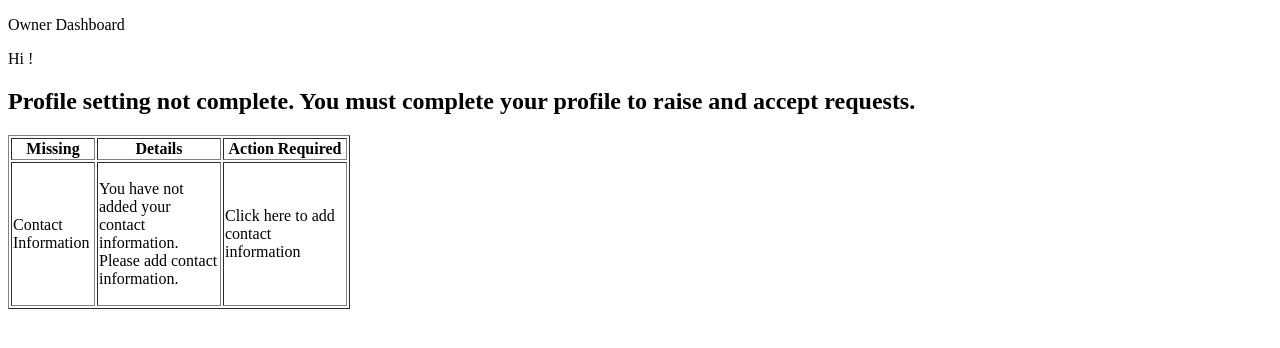
Repository: vasuanne/PetDiaries
Page: http://localhost/SpringMVC/WEB-INF/views/ownerDashboard.jsp
An editor plug-in stored every save of this project. The page is shown before and after the next save, followed by the edit.
The browser window is 1280 px wide. The pictures show the whole page.
The page is served by Tomcat 9. Nobody is signed in. The template is opened directly, without the code that normally fills it, so the values that code supplies are empty.

Above is the page before, as saved 2017-04-27 23:17:57.

After the next save:
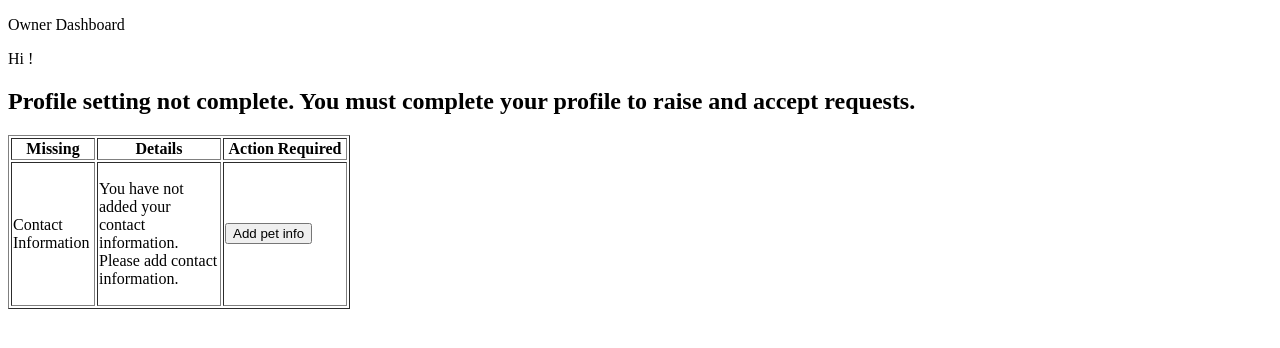
Saved 16 s later.
--- a/oopsWorkspace/SpringMVC/src/main/webapp/WEB-INF/views/ownerDashboard.jsp
+++ b/oopsWorkspace/SpringMVC/src/main/webapp/WEB-INF/views/ownerDashboard.jsp
@@ -42,7 +42,10 @@
 	<tr>
 		<td><p>Contact Information</p></td>
 		<td><p>You have not added your contact information. Please add contact information.</p></td>
-		<td><p>Click here to add contact information</p></td>
+
+       	<td><form:form method = "GET" action="${addPets}" commandName="pet"><input type="hidden" name="userId" value="${userId}" />
+        <input type="submit" value="Add pet info"/>
+      	</form:form>  </td>
 	</tr>
 	</c:if>
 	</table>
